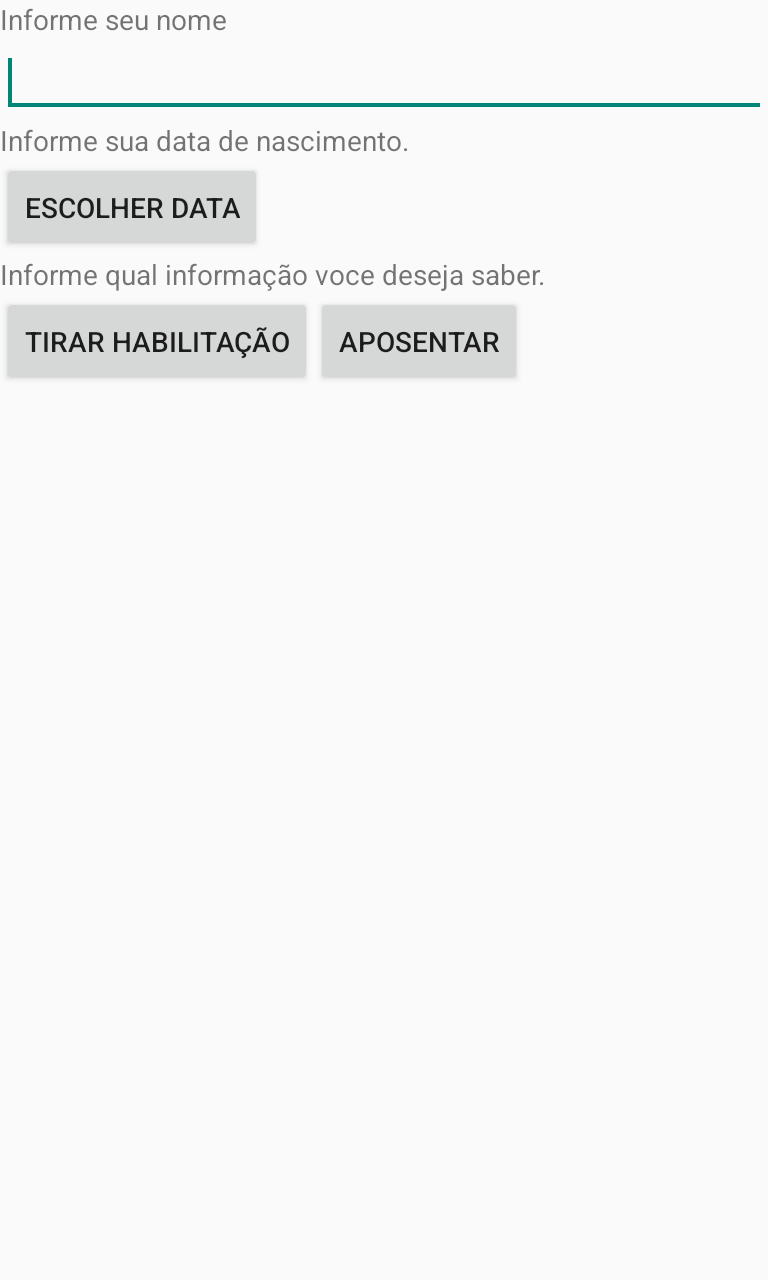
Repository: willianjean/androidProject
Layout: Exercicio3/res/layout/activity_main.xml
An editor plug-in stored every save of this project. The layout is shown before and after the next save, followed by the edit.
It is drawn on a 768 x 1280 px phone screen (xhdpi) without system bars, with theme AppTheme; the app's code is not run.

Above is the layout before, as saved 2014-07-24 17:37:06.

### Exercicio3/res/layout/activity_main.xml
<LinearLayout xmlns:android="http://schemas.android.com/apk/res/android"
    xmlns:tools="http://schemas.android.com/tools"
    android:id="@+id/LinearLayout2"
    android:layout_width="match_parent"
    android:layout_height="match_parent"
    android:orientation="vertical"
    tools:context="${relativePackage}.${activityClass}" >

    <TextView
        android:id="@+id/textView1"
        android:layout_width="wrap_content"
        android:layout_height="wrap_content"
        android:text="Informe seu nome" />

    <EditText
        android:id="@+id/nome"
        android:layout_width="match_parent"
        android:layout_height="wrap_content"
        android:ems="10"
        android:inputType="textPersonName"
        android:text="">

        <requestFocus />
    </EditText>

    <TextView
        android:id="@+id/textView2"
        android:layout_width="wrap_content"
        android:layout_height="wrap_content"
        android:text="Informe sua data de nascimento." />

    <Button
        android:id="@+id/data"
        android:layout_width="wrap_content"
        android:layout_height="wrap_content"
        android:text="Escolher data" />

    <TextView
        android:id="@+id/textView3"
        android:layout_width="wrap_content"
        android:layout_height="wrap_content"
        android:text="Informe qual informação voce deseja saber." />

    <LinearLayout
        android:layout_width="match_parent"
        android:layout_height="wrap_content" >

        <Button
            android:id="@+id/enviarHabilitacao"
            android:layout_width="wrap_content"
            android:layout_height="wrap_content"
            android:text="Tirar habilitação" />

        <Button
            android:id="@+id/enviarAposentadoria"
            android:layout_width="wrap_content"
            android:layout_height="wrap_content"
            android:text="Aposentar" />

    </LinearLayout>

</LinearLayout>

Loaded but not shown: Exercicio3/res/values/styles.xml (common file); Exercicio3/res/values-v11/styles.xml (common file); Exercicio3/res/values-v14/styles.xml (common file)

After the next save:
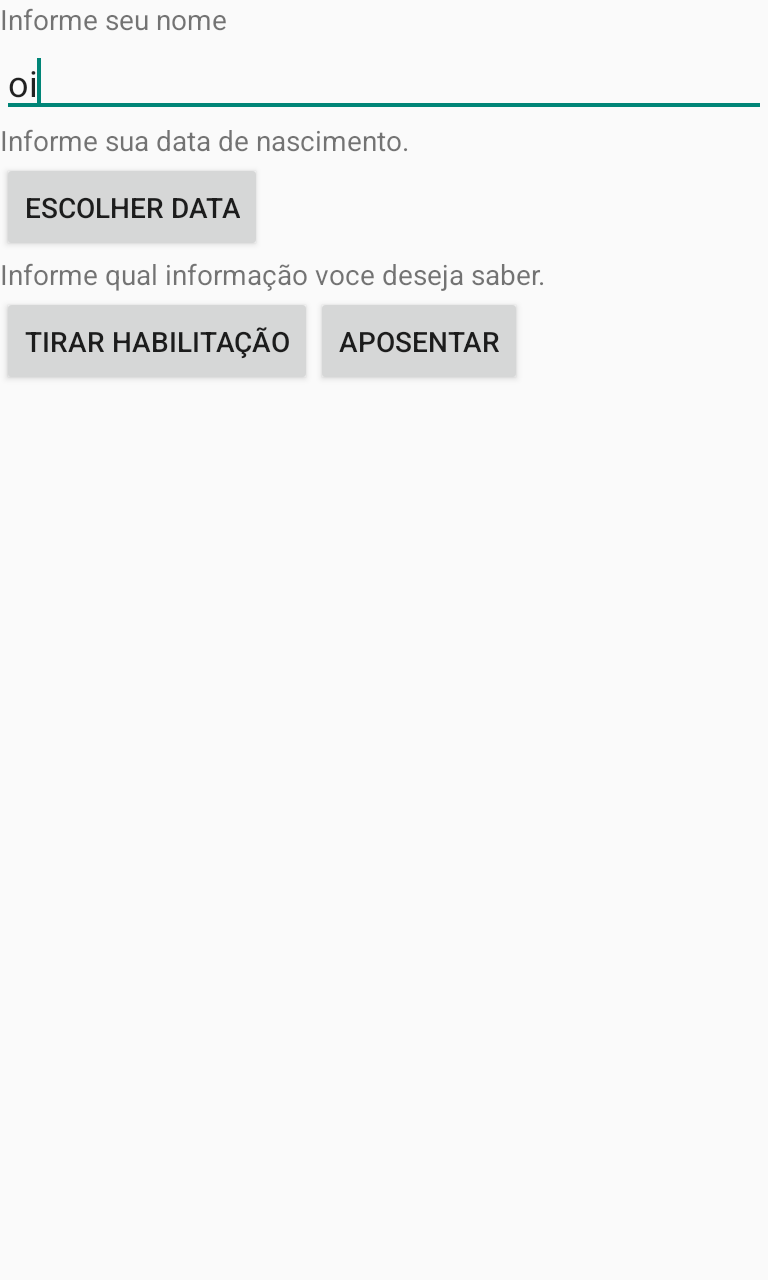
Saved 40 s later.
--- a/Exercicio3/res/layout/activity_main.xml
+++ b/Exercicio3/res/layout/activity_main.xml
@@ -18,7 +18,7 @@
         android:layout_height="wrap_content"
         android:ems="10"
         android:inputType="textPersonName"
-        android:text="">
+        android:text="oi">
 
         <requestFocus />
     </EditText>

After the save that followed:
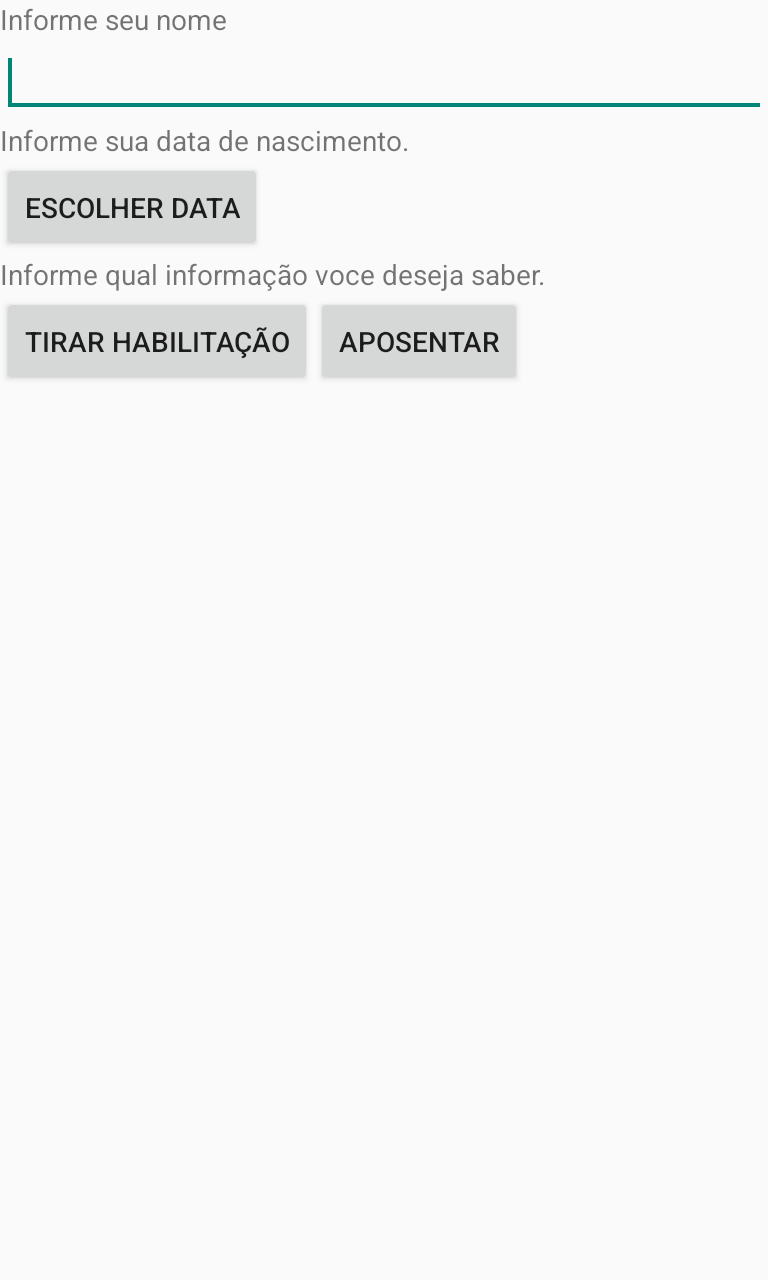
Saved 52 s later.
--- a/Exercicio3/res/layout/activity_main.xml
+++ b/Exercicio3/res/layout/activity_main.xml
@@ -17,8 +17,7 @@
         android:layout_width="match_parent"
         android:layout_height="wrap_content"
         android:ems="10"
-        android:inputType="textPersonName"
-        android:text="oi">
+        android:inputType="textPersonName">
 
         <requestFocus />
     </EditText>
